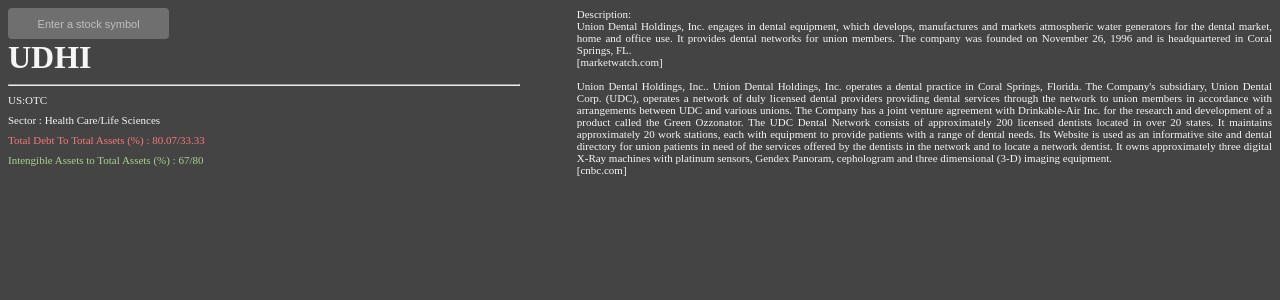
Repository: hadi4172/halal-stock-scanner
Page: popup.html
The author's editor kept a copy of each file at every save. The page is drawn from the files as they stood at one save, then again after the next save.
The browser window is 1280 px wide. The pictures show the whole page.

Above is the page before, as saved 2020-09-24 19:49:07.

After the next save:
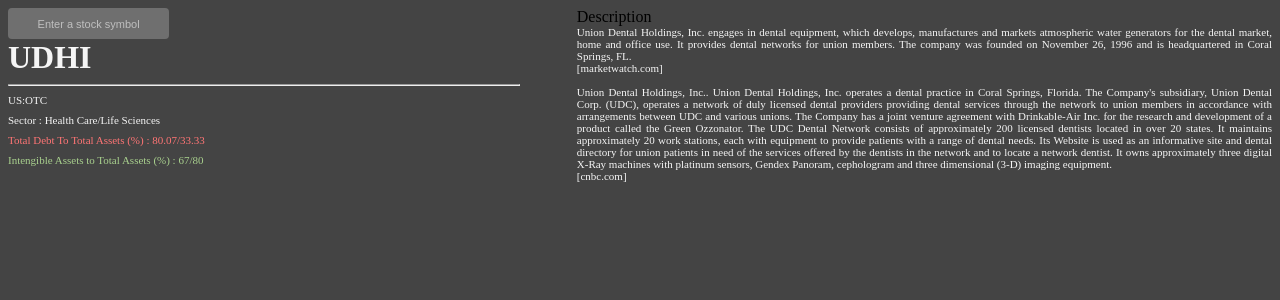
Saved 8 min 6 s later.
--- a/popup.html
+++ b/popup.html
@@ -31,8 +31,8 @@
     </div>
 
     <div id=right>
+        <div id=description-title>Description</div>
         <div id=description class="dark-text" data-simplebar>
-            Description: <br />
             Union Dental Holdings, Inc. engages in dental equipment, which develops, manufactures and markets
             atmospheric water generators for the dental market, home and office use. It provides dental networks for
             union members. The company was founded on November 26, 1996 and is headquartered in Coral Springs, FL.<br />
